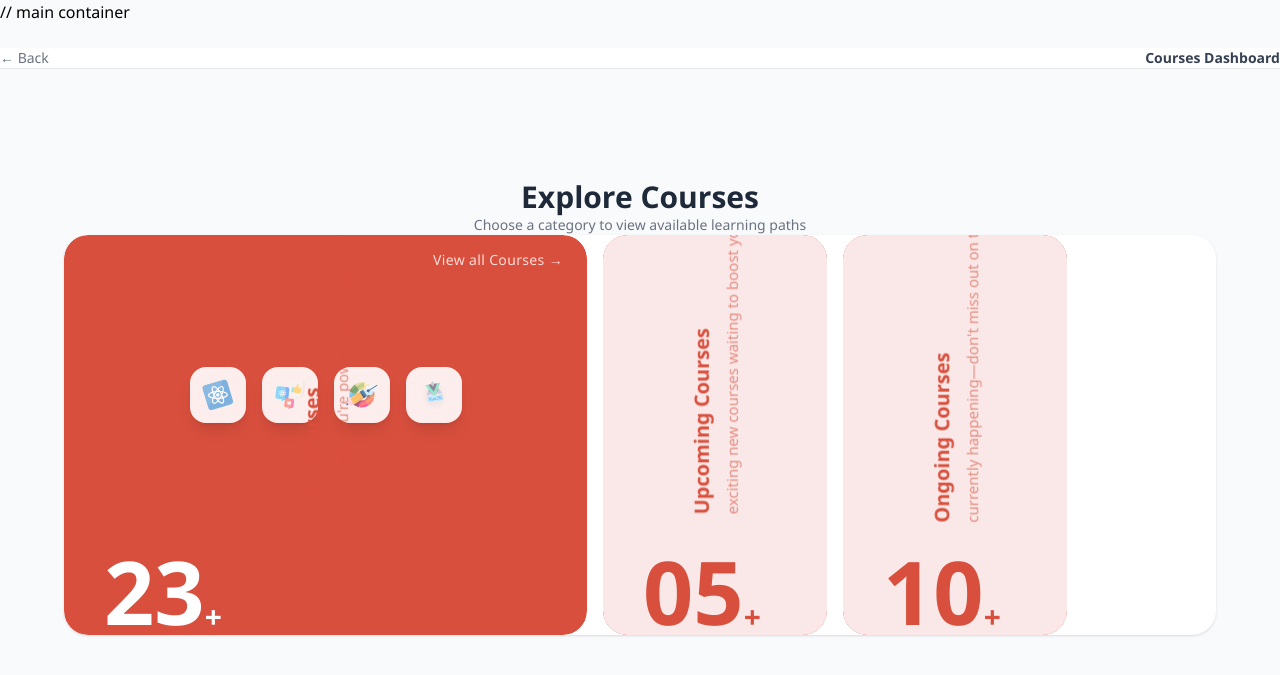
Repository: RahulRajKhadka/nextjs-dashboard-app
Page: /task2
These files come from the project's save history. The page is drawn as it stood at one moment and after the next save; the edit follows.
The browser window is 1280 px wide. The pictures show the whole page.
The project was rebuilt for these pictures with package versions that can differ from the ones it lists, and the page was loaded fresh each time. The framework's server and built-in components were replaced by stand-ins that run in the browser. Also part of the build but not shown: next.config.ts.

Above is the page before, as saved 2026-04-11 12:41:37.

After the next save:
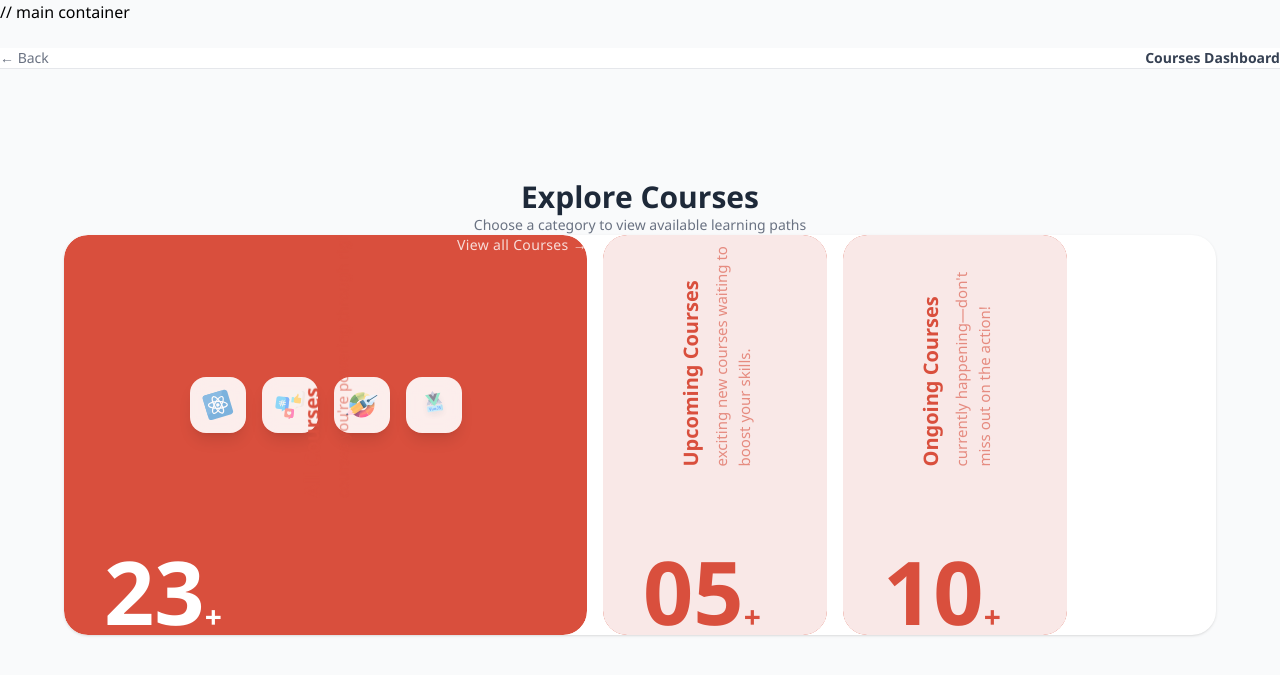
Saved 16 s later.
--- a/src/components/task2/CourseCard.tsx
+++ b/src/components/task2/CourseCard.tsx
@@ -37,11 +37,13 @@ export default function CourseCard({
     setNumberRef(numberRef.current);
   }, [setLabelRef, setNumberRef]);
 
-  // Internal animations
+  // Internal animations (circle, number colour, topbar, icons) – label is handled by parent
   useLayoutEffect(() => {
     if (!numberRef.current || !circleRef.current) return;
 
     if (isExpanded) {
+
+
       const tl = gsap.timeline();
       gsap.set(expandedViewRef.current, { display: "grid" });
 
@@ -56,29 +58,26 @@ export default function CourseCard({
         duration: 0.3,
       }, 0.2);
 
-      // only animate topbar and icons when expanding to the left
-      if (direction === "left") {
-        tl.fromTo(topbarRef.current,
-          { opacity: 0, x: 60 },
-          { opacity: 1, x: 0, duration: 0.5, ease: "power2.out" },
-          0.3
-        );
+     if (direction === "left") {
+  tl.fromTo(topbarRef.current,
+    { opacity: 0, x: 60 },
+    { opacity: 1, x: 0, duration: 0.5, ease: "power2.out" },
+    0.3
+  );
+} else {
+  gsap.set(topbarRef.current, { opacity: 1, x: 0 });
+}
 
-        gsap.set(iconsRef.current, { x: 120, opacity: 0 });
-        iconsRef.current.forEach((icon, i) => {
-          tl.to(icon, {
-            x: 0,
-            opacity: 1,
-            duration: 0.4,
-            ease: "power2.out",
-          }, 0.4 + i * 0.08);
-        });
-      } else {
-        // right side — just sit there, no animation
-        gsap.set(topbarRef.current, { opacity: 1, x: 0 });
-        gsap.set(iconsRef.current, { x: 0, opacity: 1 });
-      }
-
+      const iconsFromX = direction === "left" ? 120 : -120;
+      gsap.set(iconsRef.current, { x: iconsFromX, opacity: 0 });
+      iconsRef.current.forEach((icon, i) => {
+        tl.to(icon, {
+          x: 0,
+          opacity: 1,
+          duration: 0.4,
+          ease: "power2.out",
+        }, 0.4 + i * 0.08);
+      });
     } else {
       const tl = gsap.timeline();
 
@@ -95,7 +94,7 @@ export default function CourseCard({
 
       tl.set(expandedViewRef.current, { display: "none" }, 0.3);
       tl.set(iconsRef.current, { clearProps: "x,opacity" }, 0.4);
-      tl.set(topbarRef.current, { clearProps: "x,opacity" }, 0.4);
+      tl.set(topbarRef.current, { clearProps: "x,y,opacity" }, 0.4);
     }
   }, [isExpanded, direction, course.textColor]);
 
@@ -112,47 +111,44 @@ export default function CourseCard({
         style={{ backgroundColor: course.bg, clipPath: "circle(150% at 0% 100%)" }}
       />
 
-      {/* Label */}
-      <div className="absolute top-20 left-0 right-0 z-[3] flex justify-center pt-6 pointer-events-none">
-        <div
-          ref={collapsedLabelRef}
-          className="flex flex-col gap-1"
-          style={{ transform: "rotate(-90deg)", color: course.textColor }}
-        >
-          <span className="font-bold text-[20px] whitespace-nowrap">{course.label}</span>
-          <p className="text-[15px] opacity-60 whitespace-nowrap">{course.sublabel}</p>
-        </div>
-      </div>
+{/* Label */}
+<div className="absolute top-20 left-0 right-0 z-[3] flex justify-center pt-6 pointer-events-none">
+  <div
+    ref={collapsedLabelRef}
+    className="flex flex-col gap-1"
+    style={{ transform: "rotate(-90deg)", color: course.textColor }}
+  >
+    <span className="font-bold text-[20px] ">{course.label}</span>
+    <p className="text-[15px] opacity-60 ">{course.sublabel}</p>
+  </div>
+</div>
 
-      {/* Number */}
-      <div
-        ref={numberRef}
-        className="absolute bottom-0 left-10 z-[3] pb-6 pl-6 pointer-events-none"
-        style={{ color: course.textColor }}
-      >
-        <div className="flex items-end">
-          <span className="font-black leading-none" style={{ fontSize: "clamp(3.5rem,7vw,5.5rem)" }}>
-            {String(course.count).padStart(2, "0")}
-          </span>
-          <span className="font-black text-3xl mb-2 ml-1">+</span>
-        </div>
-      </div>
+{/* Number  */}
+<div
+  ref={numberRef}
+  className="absolute bottom-0 left-10 z-[3] pb-6 pl-6 pointer-events-none"
+  style={{ color: course.textColor }}
+>
+  <div className="flex items-end">
+    <span className="font-black leading-none" style={{ fontSize: "clamp(3.5rem,7vw,5.5rem)" }}>
+      {String(course.count).padStart(2, "0")}
+    </span>
+    <span className="font-black text-3xl mb-2 ml-1">+</span>
+  </div>
+</div>
 
-      {/* Expanded View */}
+      {/* EXPANDED VIEW */}
       <div
         ref={expandedViewRef}
         className="absolute inset-0 z-[2] p-5"
         style={{ display: isExpanded ? "grid" : "none", gridTemplateRows: "auto 1fr auto" }}
       >
-        {/* Topbar */}
-        <div ref={topbarRef} className="absolute top-3 right-6">
+        <div ref={topbarRef} className="flex justify-end mt-40 opacity-0">
           <span className="text-white/80 text-sm font-medium tracking-wide">
             View all Courses →
           </span>
         </div>
-
-        {/* Icons */}
-        <div className="flex gap-4 items-center justify-center" style={{ gridRow: "2" }}>
+        <div className="flex gap-4 items-center justify-center">
           {course.icons?.map((iconPath, i) => (
             <span
               key={i}
@@ -163,8 +159,7 @@ export default function CourseCard({
             </span>
           ))}
         </div>
-
-        <div className="h-20" style={{ gridRow: "3" }} />
+        <div className="h-20" />
       </div>
     </div>
   );
